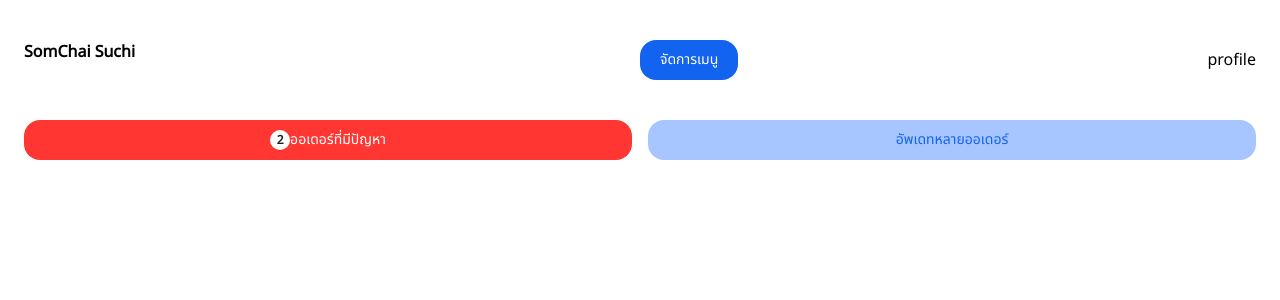
Repository: Pingping1004/food-ordering
Page: / (app in frontend/)
These files come from the project's save history. The page is drawn as it stood at one moment and after the next save; the edit follows.
The browser window is 1280 px wide. The pictures show the whole page.
The project was rebuilt for these pictures with package versions that can differ from the ones it lists, and the page was loaded fresh each time. The framework's server and built-in components were replaced by stand-ins that run in the browser. Also part of the build but not shown: frontend/next.config.ts.

Above is the page before, as saved 2025-06-04 05:31:39.

### frontend/src/app/layout.tsx
import type { Metadata } from "next";
import { Geist, Geist_Mono } from "next/font/google";
import "./globals.css";

const geistSans = Geist({
  variable: "--font-geist-sans",
  subsets: ["latin"],
});

const geistMono = Geist_Mono({
  variable: "--font-geist-mono",
  subsets: ["latin"],
});

export const metadata: Metadata = {
  title: "Create Next App",
  description: "Generated by create next app",
};

export default function RootLayout({
  children,
}: Readonly<{
  children: React.ReactNode;
}>) {
  return (
    <html lang="en">
      <head>
        {/* // Poppins google font api connected */}
          <link rel="preconnect" href="https://fonts.googleapis.com" />
          <link
              rel="preconnect"
              href="https://fonts.gstatic.com"
              crossOrigin="anonymous"
          />

          {/* // Poppins google font api connected */}
          <link href='https://fonts.googleapis.com/css?family=Noto Sans Thai' rel='stylesheet'></link>
      </head>
      <body
        className={`${geistSans.variable} ${geistMono.variable} antialiased`}
      >
        {children}
      </body>
    </html>
  );
}

### frontend/src/app/page.tsx
import { Button } from "@/components/Button";
import CookerHeader from "@/components/cookers/Header";
import { NumberIssued } from "@/components/NumberIssue";

export default function CookerHomePage() {
  return (
    <div className="py-10 px-6">
      <CookerHeader />
      <section className="grid grid-cols-2 py-10 gap-4">
        <Button
          variant="danger"
          size="md"
          className="flex items-center justify-between"
          icon={<NumberIssued issuedOrder={2} />}
        >
          ออเดอร์ที่มีปัญหา
        </Button>
        <Button
          variant="secondary"
          size="md"
          className="flex items-center justify-between"
        >อัพเดทหลายออเดอร์</Button>
      </section>
    </div>
  );
}

### frontend/src/app/globals.css
@import "tailwindcss";

body {
  font-family: 'Poppins', 'Noto Sans Thai', sans-serif;
}

:root {
  --background: #ffffff;
  --foreground: #171717;
}

@theme inline {
  --color-background: var(--background);
  --color-foreground: var(--foreground);
  --font-sans: var(--font-geist-sans);
  --font-mono: var(--font-geist-mono);
}

@theme {
    --color-danger-main: #FF3632;
    --color-danger-light: #FFB2B0;
    --color-primary-main: #1263F0;
    --color-primary-light: #A7C6FF;
}

@media (prefers-color-scheme: dark) {
  :root {
    --background: #0a0a0a;
    --foreground: #ededed;
  }
}

.bg-primary {
    background-color: #1263F0;
}

.text-primary {
  color: #1E1E1E;
}

.text-secondary {
  color: #1E1E1E;
  opacity: 0.75;
}

.text-tertiary {
  color: #1E1E1E;
  opacity: 0.5;
}
.text-quaternary {
  color: #1E1E1E;
  opacity: 0.25;
}

.poppins-thin {
  font-family: "Poppins", sans-serif;
  font-weight: 100;
  font-style: normal;
}

.poppins-extralight {
  font-family: "Poppins", sans-serif;
  font-weight: 200;
  font-style: normal;
}

.poppins-light {
  font-family: "Poppins", sans-serif;
  font-weight: 300;
  font-style: normal;
}

.poppins-regular {
  font-family: "Poppins", sans-serif;
  font-weight: 400;
  font-style: normal;
}

.poppins-medium {
  font-family: "Poppins", sans-serif;
  font-weight: 500;
  font-style: normal;
}

.poppins-semibold {
  font-family: "Poppins", sans-serif;
  font-weight: 600;
  font-style: normal;
}

.poppins-bold {
  font-family: "Poppins", sans-serif;
  font-weight: 700;
  font-style: normal;
}

.poppins-extrabold {
  font-family: "Poppins", sans-serif;
  font-weight: 800;
  font-style: normal;
}

.poppins-black {
  font-family: "Poppins", sans-serif;
  font-weight: 900;
  font-style: normal;
}

.noto-sans-regular {
  font-family: "Noto Sans Thai", sans-serif;
  font-weight: 400;
  font-style: normal;
}

.noto-sans-bold {
  font-family: "Noto Sans Thai", sans-serif;
  font-weight: 700;
  font-style: normal;
}

### frontend/src/components/Button.tsx
import { cva, VariantProps } from 'class-variance-authority';
import clsx from 'clsx';
import React from 'react';

const button = cva('noto-sans-regular justify-center text-sm', {
    variants: {
        variant: {
            primary: 'bg-primary-main text-white',
            secondary: 'bg-primary-light text-primary-main',
            danger: 'bg-danger-main text-white',
            'secondary-danger': 'bg-danger-light text-danger-main',
        },
        size: {
            md: 'px-5 py-2.5 rounded-2xl',
            lg: 'px-6 py-3 rounded-2xl',
            full: 'w-full py-3 rounded-2xl noto-sans-bold',
            half: 'w-1/2 py-2.5 rounded-2xl',
        },
        disabled: {
            true: 'opacity-50 cursor-not-allowed',
            false: 'cursor-pointer',
        }
    },
    defaultVariants: {
        variant: 'primary',
        size: 'md',
        disabled: false,
    },
});

type ButtonProps = React.ButtonHTMLAttributes<HTMLButtonElement> &
    VariantProps<typeof button> & {
        icon?: React.ReactNode;
        iconPosition?: 'start' | 'end';
    };

export const Button = ({
    className,
    variant,
    size,
    disabled,
    icon,
    iconPosition = 'start',
    children,
    ...props
}: ButtonProps) => {
    return (
        <button className={clsx(button({ variant, size, disabled }), className)} {...props}>
            {icon && iconPosition === 'start' && <span>{icon}</span>}
            <span>{children}</span>
            {icon && iconPosition === 'end' && <span>{icon}</span>}
        </button>
    );
}

### frontend/src/components/cookers/Header.tsx
import React from "react";
import { Button } from "../Button";

export default function CookerHeader() {
    return (
        <>
            <header className="w-full flex items-center">
                <div className="grid grid-cols-2 w-full">
                    <div className="justify-center">
                        <h1 className="font-bold">SomChai Suchi</h1>
                    </div>

                    <div className="w-full flex justify-between items-center">
                        <Button
                            variant="primary"
                            size="md"
                        >จัดการเมนู</Button>

                        <div>
                            <div className="profile-icon">profile</div>
                        </div>
                    </div>
                </div>
            </header>
        </>
    );
}

### frontend/src/components/NumberIssue.tsx
import React from 'react';

export const NumberIssued = ({ issuedOrder }: { issuedOrder: number }) => {
    return (
        <div className="flex items-center justify-center w-5 h-5 rounded-full bg-white text-primary text-xs noto-sans-bold">
            {issuedOrder > 0 ? issuedOrder : 0}
        </div>
    )
}

After the next save:
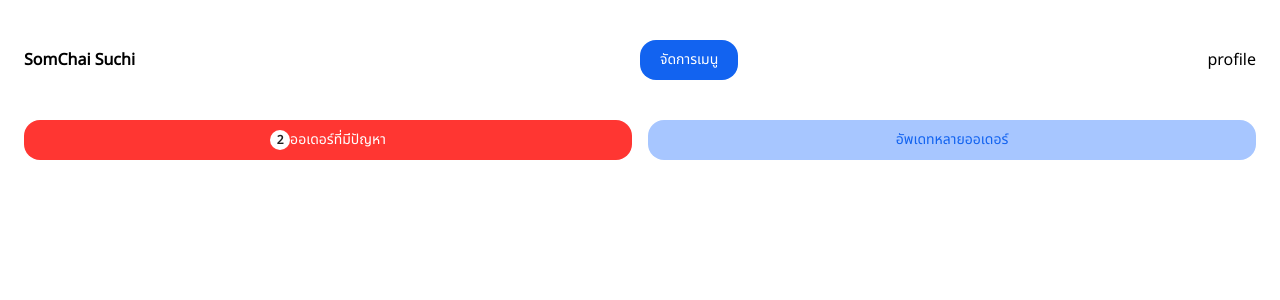
Saved 43 s later.
--- a/frontend/src/components/cookers/Header.tsx
+++ b/frontend/src/components/cookers/Header.tsx
@@ -6,7 +6,7 @@ export default function CookerHeader() {
         <>
             <header className="w-full flex items-center">
                 <div className="grid grid-cols-2 w-full">
-                    <div className="justify-center">
+                    <div className="flex items-center">
                         <h1 className="font-bold">SomChai Suchi</h1>
                     </div>
 
